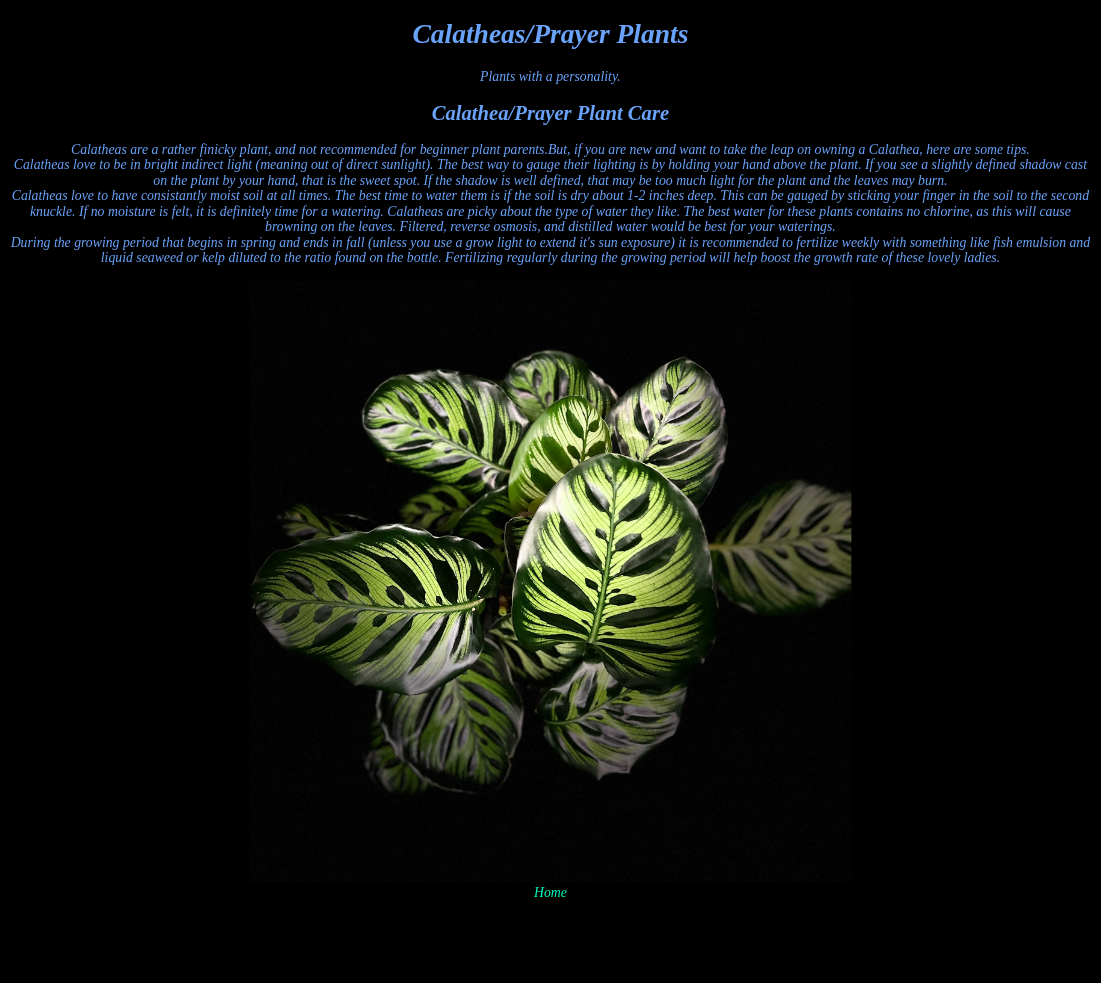
Repository: swillis91/odin-recipies
Page: Planty Page/calatheas.html
The author's editor kept a copy of each file at every save. The page is drawn from the files as they stood at one save, then again after the next save.
The browser window is 1280 px wide. The pictures show the whole page, at 86% of full size.

Above is the page before, as saved 2023-08-11 23:16:07.

### Planty Page/calatheas.html
<!DOCTYPE html>
    <html>
        <head>
            <title>Calatheas</title>
            <link href="style.css" rel="stylesheet"
        </head>
        <body>
            <h1 class="header">Calatheas/Prayer Plants</h1>
              <p>Plants with a personality.</p>
            <h2 class="species">Calathea/Prayer Plant Care</h2>
              <p class="care">Calatheas are a rather finicky plant, and not recommended for beginner plant parents.But, if you are new and want to take the leap on owning a Calathea, here are some tips.
                <br>
                Calatheas love to be in bright indirect light (meaning out of direct sunlight). The best way to gauge their lighting is by holding your hand above the plant. If you see a slightly defined shadow cast on the plant by your hand, that is the sweet spot. If the shadow is well defined, that may be too much light for the plant and the leaves may burn.
                <br>
                Calatheas love to have consistantly moist soil at all times. The best time to water them is if the soil is dry about 1-2 inches deep. This can be gauged by sticking your finger in the soil to the second knuckle. If no moisture is felt, it is definitely time for a watering. Calatheas are picky about the type of water they like. The best water for these plants contains <em>no</em> chlorine, as this will cause browning on the leaves. Filtered, reverse osmosis, and distilled water would be best for your waterings.
                <br>
                During the growing period that begins in spring and ends in fall (unless you use a grow light to extend it's <i>sun</i> exposure) it is recommended to fertilize weekly with something like fish emulsion and liquid seaweed or kelp diluted to the ratio found on the bottle. Fertilizing regularly during the growing period will help boost the growth rate of these lovely ladies.</p>
                <img src="./Images/makoyana.webp" id="calathea makoyana" width="700px">
            <footer>
                <nav>
                    <a href="./index.html" class="navigation">Home</a>

                </nav>
            </footer>
        </body>
    </html>

### Planty Page/style.css
body{
    background-color: rgb(0, 0, 0);
    color:rgb(106, 163, 250);
    text-align: center;
    font-family:cursive;
    font-style: oblique;
}

.heading{
    color: rgba(207, 239, 207, 0.974);
    border: 2px solid rgb(0, 3, 3);
    background-image: url('Images/banner.jpg');
    height: 75px;
    margin: 0 auto;
    padding:50px 20px;

}

div.box{
    border:2px solid black;
    display: flex;
    margin-left: auto;
    flex-direction:column;
}

#calathea-makoyana{
    width: 500px;
    Height: auto:
}

.navigation{
    color:rgb(1, 255, 192);
    text-decoration: none;
}

After the next save:
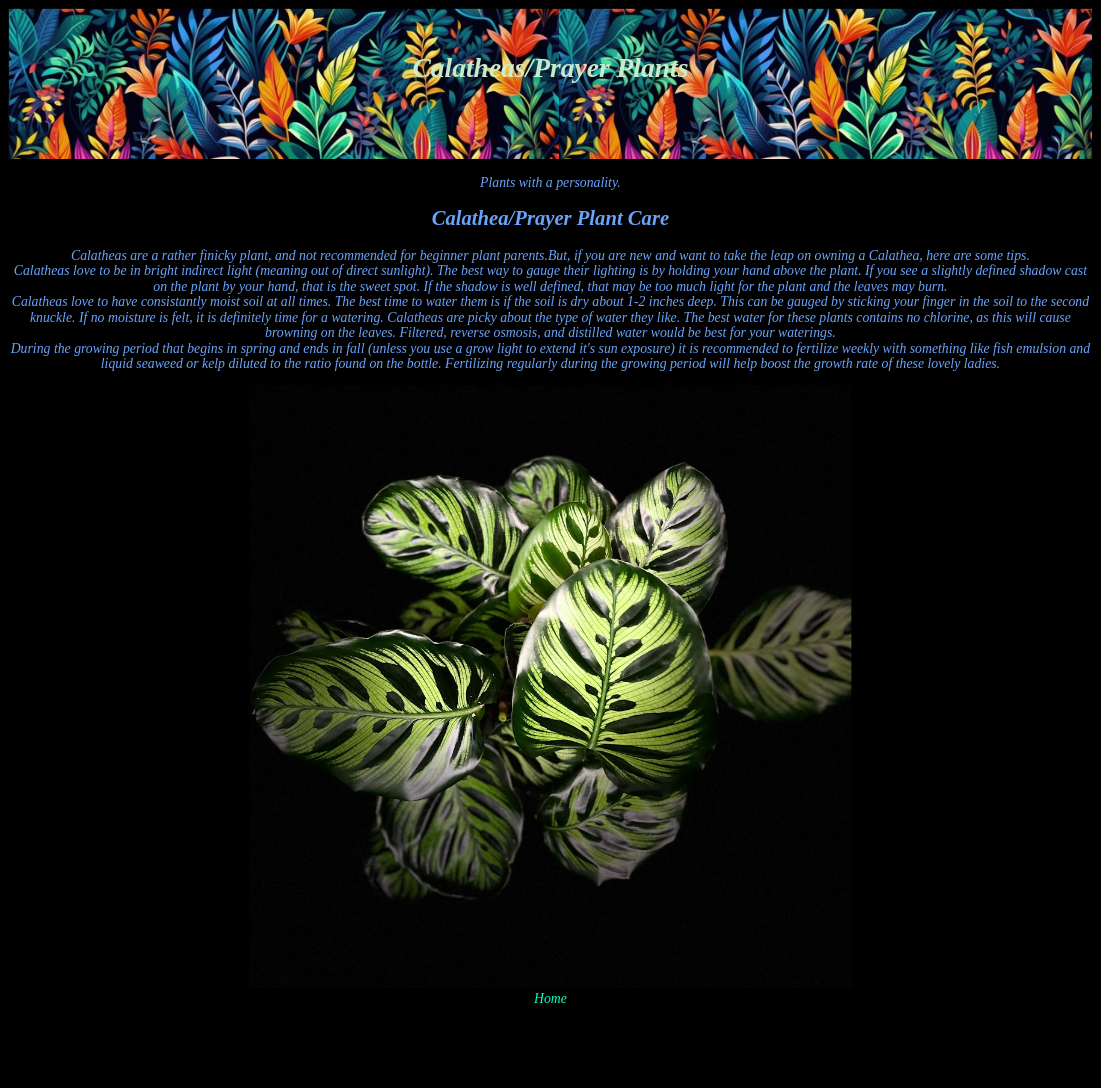
Saved 26 s later.
--- a/Planty Page/calatheas.html
+++ b/Planty Page/calatheas.html
@@ -5,7 +5,7 @@
             <link href="style.css" rel="stylesheet"
         </head>
         <body>
-            <h1 class="header">Calatheas/Prayer Plants</h1>
+            <h1 class="heading">Calatheas/Prayer Plants</h1>
               <p>Plants with a personality.</p>
             <h2 class="species">Calathea/Prayer Plant Care</h2>
               <p class="care">Calatheas are a rather finicky plant, and not recommended for beginner plant parents.But, if you are new and want to take the leap on owning a Calathea, here are some tips.
